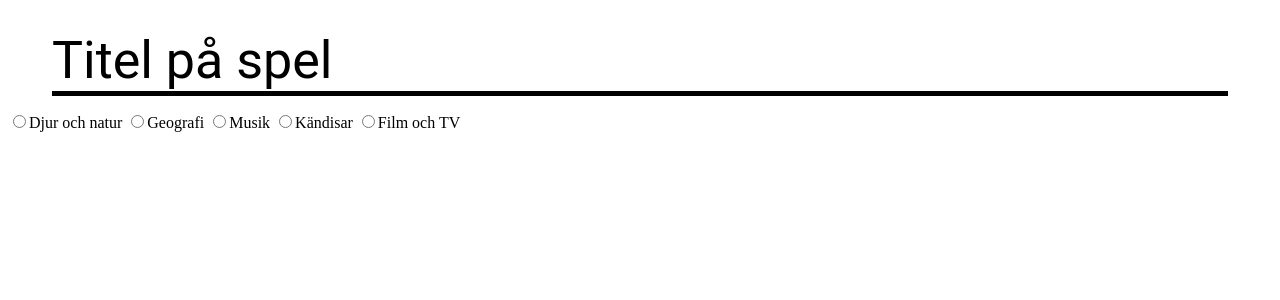
Repository: ed222gg/project2
Page: pages/start.html
The author's editor kept a record of every edit. The page is drawn from the files as they stood at one moment, then again after the next edit.
The browser window is 1280 px wide. The pictures show the whole page.

Above is the page before.

### pages/start.html
<!DOCTYPE html>
<html>
    <head>
        <meta charset="utf-8" />
        <title>Index</title>
          <link rel="stylesheet" type="text/css" href="../css/style.css" />
    </head>
    <body>
        <header>Titel på spel</header>
        <main>
            <div id="container">
                <div id="titleOnPage">
                    <div id="categories">
                        <input type="radio" name="category" value="1">Djur och natur
                        <input type="radio" name="category" value="2">Geografi
                        <input type="radio" name="category" value="3">Musik
                        <input type="radio" name="category" value="4">Kändisar
                        <input type="radio" name="category" value="5">Film och TV
                    </div>
                    <div id="testStatus"></div>
                    <div id="test"></div>

                </div>
        </main>
     <script src="../script/Game.js" type="text/javascript"></script>
    </body>
</html>

### css/style.css
body{
    background: #FFFFFF;
}

main{
    margin-right:44px;
}

header{
    font-family: 'Roboto', sans-serif;
    border-bottom: solid #000000;
    border-width: 5px;
    font-size: 52px;
    margin-bottom: 20px;
    margin-top: 30px;
    margin-left: 44px;
    margin-right: 44px;
}

nav{
    float:left;
    width: 220px;
}

nav a{
    -webkit-transition: background 100ms ease-in;
    -moz-transition: background 100ms ease-in;
    -ms-transition: background 100ms ease-in;
    -o-transition: background 100ms ease-in;
    transition: background 100ms ease-in;

    font-family: 'Roboto', sans-serif;
    margin: auto;
    font-size: 18px;
    color: #FFFFFF;
    padding: 12px;
    margin-left: 8px;
    background-color: #000000;
}


nav a:hover{
   background-color: #525252;
}

nav li{
    margin-bottom: 30px;
    list-style: none;
}

a:link {
    color: #FFFFFF;
    text-decoration: none;
}

a:visited {
    color: #FFFFFF;
    text-decoration: none;
}

#navlist, #navlist ul, #navlist li{
    margin: 0px;
    padding: 0px;
    list-style-type: none;
}

#navlist li a:hover{
    background-color: #525252;
}

nav a:hover ~ article {
    background-color: #60605F;
}


#subnavlist { display: none; }

#navlist li:hover #subnavlist{
    display: inline;
}

#navlist li:hover #subnavlist a{
    display: inline;
    border: none;
    padding: 6px;
    margin-left: 30px;
}

#subnavlist #c{
    margin-top: 24px;
}

#subnavlist li{
    margin-top:16px;
    cursor: pointer;
}


li.anim {
	-moz-transition: all 0.2s ease-in-out;
	-moz-transform:translateX(0px);
	-o-transition: all 0.2s ease-in-out;
	-o-transform:translateX(0px);
	-webkit-transition: all 0.2s ease-in-out;
	-webkit-transform:translateX(0px);
}

li.anim:hover {
	-moz-transform:translateX(10px);
	-o-transform:translateX(10px);
	-webkit-transform:translateX(10px);
}

/*=======================*/

#person1, #person2, #person3, #person4, #person5{
    display:none;
}

#container{
    float:left;
    margin-top: -4px;
    width:560px;
}

/*=======Profile======== */

.profileImg{
    height:100px;
    width:100px;
    border-radius: 50%;
    border-style: solid;
    border-width: 1.50px;
}


.profileCard{
    margin-left: -30px;
    margin-top:290px;
    min-height:200px;
    min-width:100px;
    float:left;
    width:350px;
    background-color:#E3E3E3;
    border-left: solid 3px;
    padding: 6px;
}

.profileCard img{
    margin-left: auto;
    margin-right: auto;
}

section{
}

section a{
    font-family: 'Roboto', sans-serif;
    margin: auto;
    color: #FFFFFF;
    padding:2px;
    background-color: #000000;
    font-size: 14px;
}

section li{
    margin-top:8px;
}

section ul{
    margin: 0px;
    padding: 0px;
    list-style-type: none;
}

/*====Main=Content====*/

#maincontent{
    margin-left: 240px;
    margin-right: 4px;
    height:600px;
    border: solid 1px;
}

.form-horizontal{
    clear:both;
    float:left;
}

/***arrow***/
.arrow_box {
	position: relative;
}

.arrow_box:after, .arrow_box:before {
	right: 100%;
	top: 50%;
	border: solid transparent;
	content: " ";
	height: 0;
	width: 0;
	position: absolute;
	pointer-events: none;
}

.arrow_box:after {
	border-color: rgba(0, 0, 0, 0);
	border-right-color: #000000;
	border-width: 10px;
	margin-top: 54px;
}

.arrow_box:before {
	border-color: rgba(0, 0, 0, 0);
	border-right-color: #000000;
	border-width: 11px;
	margin-top: 54px;
}
/*******/
.hidden{
    display: none;
}

.opacityProfile{
    opacity: 0.06;
}
/*=====End=Profile======*/






/* shit ton of code */

/*end of shit ton of code*/

### script/Game.js
"use strict"; //objekt.metod/egenskap(argument)

var Game= {

    pos: 0,
    categoryNr: undefined,
    test: undefined,
    testStatus: undefined,
    question: undefined,
    choice: undefined,
    choises: undefined,
    chA: undefined,
    chB: undefined,
    correct: 0,
    questionsArray: [],


    init: function() { // kalla och lyssna på ett klick som då kommer utföra detta!
        var radios = document.getElementsByName('category');
console.log(radios)
        for (var i = 0, length = radios.length; i < length; i++)
        {
            if (radios[i].checked)
            {
                // do whatever you want with the checked radio  tex kör frågorna för den kategorin som radios är sammankopplad med.
                console.log(radios[i].value);
                break;
            }
        // only one radio can be logically checked, don't check the rest

        }

    },
};
//När sidan har laddads in så anropas init.
window.onload = Game.init;

After the next edit:
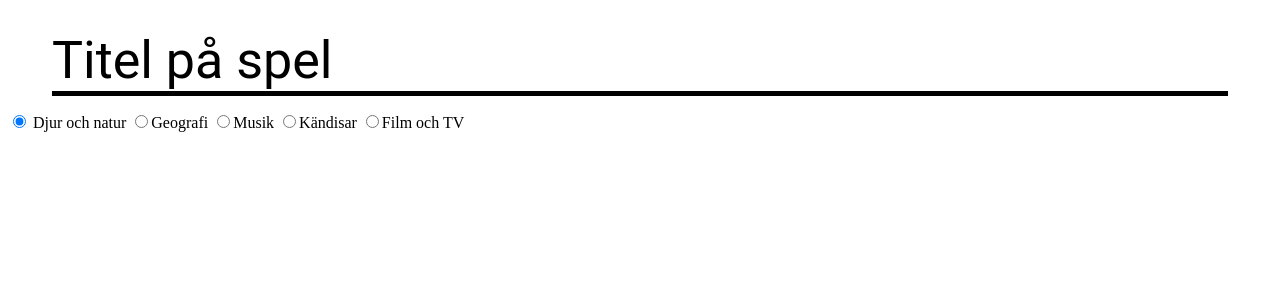
The edit:
--- a/pages/start.html
+++ b/pages/start.html
@@ -11,7 +11,7 @@
             <div id="container">
                 <div id="titleOnPage">
                     <div id="categories">
-                        <input type="radio" name="category" value="1">Djur och natur
+                        <input type="radio" name="category" value="1" checked> Djur och natur
                         <input type="radio" name="category" value="2">Geografi
                         <input type="radio" name="category" value="3">Musik
                         <input type="radio" name="category" value="4">Kändisar
